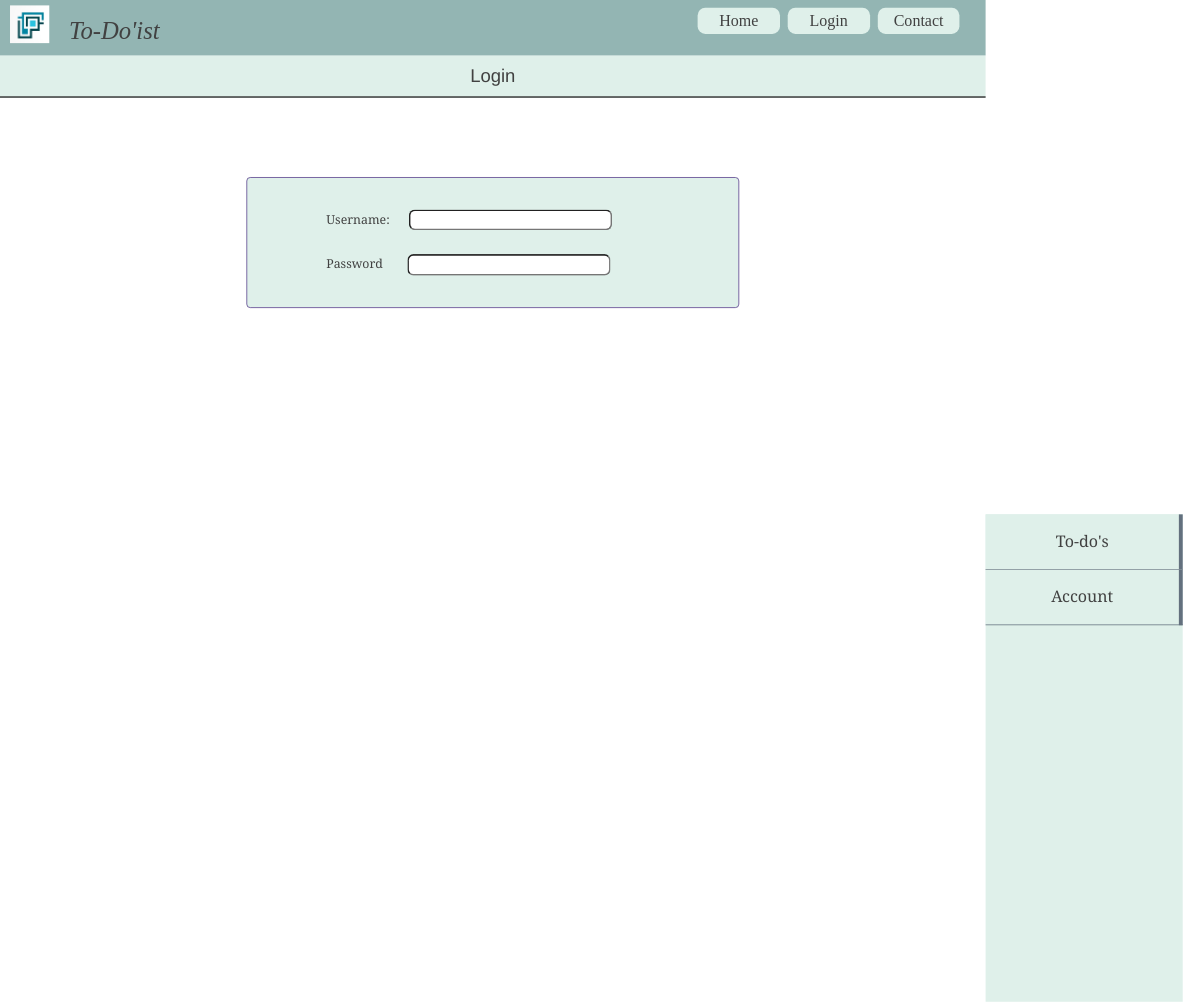
Repository: tavisca-pkadam/Todo-Website
Page: login_grid.html
These files come from the project's save history. The page is drawn as it stood at one moment and after a run of saves; the edit follows.
The browser window is 1280 px wide. The page is 1536 px wide, then 1370 px, so the pictures cover 1536 px, including what lies to the right of the window. The pictures show the whole page, at 77% of full size.

Above is the page before, as saved 2019-08-22 12:27:58.

### login_grid.html
<!DOCTYPE html>
<html>
  <head>
    <meta charset="utf-8" />
    <meta http-equiv="X-UA-Compatible" content="IE=edge" />
    <title>Page Title</title>
    <meta name="viewport" content="width=device-width, initial-scale=1" />
    <link rel="stylesheet" type="text/css" media="screen" href="main2.css" />

    <link rel="import" href="components/header.html" />

    <!-- <script src='main.js'></script> -->
  </head>
  <body>
    <div class="grid-container">
      <div class="grid_header">
        <div id="head" class="header">
          <img id="company_logo" src="src/logo.jpg" width="5%" />
          <p id="todo_header"><i>To-Do'ist</i></p>

          <div class="links">
            <div>
              <a href="/home_grid.html">
                <div class="link_btn">Home</div>
              </a>
              <a href="/login_grid.html">
                <div class="link_btn">Login</div>
              </a>

              <a href="/contact.html">
                <div class="link_btn">Contact</div>
              </a>
            </div>
          </div>
        </div>
      </div>
      <div class="grid_side_nav">
        <div class="side_nav">
          <a href="/home_grid.html">
            <div id="side_todo" class="side_btn">
              To-do's
            </div>
          </a>
          <a href="/account.html">
            <div id="side_user" class="side_btn">
              Account
            </div>
          </a>
          <!-- <a href="/login_grid.html">
            <div id="side_login" class="side_btn">
              Login
            </div>
          </a> -->
        </div>
      </div>
      <div class="grid_main_content">
        <div class="account_content">
          <div class="account_head">
            Login
          </div>
          <div class="login">
            <center>
              <div id="login_user_input">
                Username:<input type="text" style="margin-left:5%;" />
              </div>
              <div id="login_password_input">
                Password<input type="password" style="margin-left:6.5%;" />
              </div>
            </center>
          </div>
        </div>
      </div>
      <div class="grid_footer"></div>
    </div>
  </body>
</html>

### main2.css
.header {
    background-color:#93b5b3;
    grid-column: 1/5;
    position: relative;
    width: 100vw;
    height: 10vh;
    margin: 0%;
    /* border-bottom: 2px double black; */
    font-family: fantasy;
  }

  input {
    border-radius: 8px;
    width: 20vw;
    height: 3vh;
  }

  body {
      font-family: Cambria, Cochin, Georgia, Times, 'Times New Roman', serif;
      margin: 0%;
      color: #414141;
  }
  a {
    color: #414141;
    text-decoration: none;
  }

  #company_logo {
    position: absolute;
    left: 1%;
    width: 4%;
    margin-top: 1vh;
  }

  #todo_header {
    font-size: 2em;
    position: absolute;
    width: 100%;
    left: 7%;
    padding-bottom: 7%;
    /* text-align: left; */
    top: -10px;
    /* right: 45%; */
  }

  .side_nav {
    margin-top:2%;
    /* position: fixed; */
    width: 100%;
    background-color: #dff0ea;
    height: 88vh;
  }

  .side_btn {
    padding-top: 8%;
    text-align: center;
    width: 98%;
    height:8%;
    position: relative;
    background-color: #dff0ea;
    /* margin-top: 50%; */
    font-size: 1.3rem;
    border-width: 0px 5px 1px 0px;
    border-style: solid;
    border-color: #63707e;
  }


  .side_btn:hover {
    /* left:-5%; */
    background-color: #c8dad3;
    border-color: #63707e;
    border-style: solid;
    transition: linear;
    cursor: pointer;

  }

  .modal_header{
      background-color: #c8dad3;
      height: 15%;
      padding-top: 1%;
      line-height: 1.3rem;
      font-size: 1.2rem;
  }

  .todo_content {
    position: relative;
    /* left: 5%; */
    /* width: 85%; */
    /* background-color: aquamarine; */
    height: 78vh;
  }

  #todo_add_modal{
      border-radius: 10px;
      border-style: solid;
      border-color: #553c8b;
      visibility: hidden;
      position: absolute;
      height: 20vh;
      left: 20vw;
      width: 50%;
      margin-top:8%;
      text-align: center;
      background-color: #f2f6f5;
      z-index: 10;
  }

  #todo_add_modal_input {
      margin: 2% 10%;
      /* background-color: aquamarine; */
      width: 80%;
  }
  #todo_add_modal_add_btn{
      margin: 2% 45%;
      background-color: #ccc1ff;
      cursor: pointer;

  }
  #todo_add_modal_add_btn:hover {
    background-color: #c8dad3;

  }

  #todo_content_head {
    border: 1px;
    position: relative;
    /* background-color: deepskyblue; */
    padding: 5px;
    width: 60%;
    height: 6vh;
    border-radius: 20px;
    left: 20%;
    top: 5%;

    border-width: 1px;
    border-style: solid;
    border-color: #553c8b;
  }

  .search_button {

    text-align: center;
    background-color: #dff0ea;
    border-radius: 5px;
    padding: 0.5%;
    cursor: pointer;

  }

  #todo_content_head_search_input{
      position: absolute;
      left:5%;
      margin-top: 10px;

  }

  #todo_content_head_search_btn{
      position: absolute;
      left:50%;
      margin-top: 10px;
      width: 15%;
      background-color: #dff0ea;
  }

  #todo_content_head_search_btn:hover {
    background-color: #c8dad3;

  }

  #todo_content_search {
    position: absolute;
    /* background-color: darksalmon; */
    padding: 0.5%;
    margin-left: 4%;
    padding-left: 2%;
    padding-right: 4%;
    left: 6vw;
    border-radius: 2px;
    /* border-width: 1px; */
    /* border-style: solid; */
    margin: 3px;

    border-color: #553c8b;
  }
  #todo_content_add {
    position: absolute;
    background-color: #dff0ea;
    left: 70%;
    /* top: 10px; */
    width: 15%;
    margin-top: 10px;
  }

  #todo_content_add:hover{
    background-color: #c8dad3;

  }

  #todo_list {
    /* background-color: mediumslateblue; */
    position: relative;
    width: 80%;
    left: 10%;
    top: 10%;
    height: 55vh;
    border-radius: 15px;
    padding: 3px;
    padding-left: 8px;

    border-width: 1px;
    border-style: solid;
    border-color: #553c8b;

    overflow-y:scroll;
    scroll-behavior: smooth;


  }

  .todo_item {
    margin: 5px;
    margin-top: 15px;
  }

  .todo_edit_btn {
    position: absolute;
    text-align: center;
    padding: 3px 10px;
    width: 7%;
    background-color: #dff0ea;
    margin-left: 75%;
    border-radius: 5px;
    cursor: pointer;
  }


  .todo_edit_btn:hover{
    background-color: #c8dad3;
  }

  .todo_remove_btn {
    text-align: center;
    padding: 3px 10px;
    width: 7%;
    background-color: #dff0ea;
    margin-left: 88%;
    border-radius: 5px;
    cursor: pointer;

  }

  .todo_remove_btn:hover{
    background-color: #c8dad3;
  }

  .todo_detail {
    width: 70%;

    position: absolute;
    padding: 2px;
    padding-left: 1%;

    border-bottom: 6px solid;
    border-left: 6px solid;
    border-width: 1px;
    border-color: #553c8b;
  }

  .links {
    position: relative;
    width: 30%;
    float: right;
    /* font-family: 'Lucida Sans', 'Lucida Sans Regular', 'Lucida Grande', 'Lucida Sans Unicode', Geneva, Verdana, sans-serif */
    font-size: 1.3rem;
  }

  .link_btn {
    float: left;
    padding: 5px 15px;
    background-color: #dff0ea;
    width: 20%;
    border-radius: 10px;
    margin-left:10px;
    margin-top:10px;
    text-align: center;
  }

  .link_btn:hover {
    background-color: #c8dad3;

  }


  #link_btn_home {
    margin-left: 0%;
  }

  #link_btn_a {
    margin-left: 30%;
  }

  #link_btn_b {
    margin-left: 60%;
  }

  /* Login */

  .login {
    padding: 10px;
    margin: 25%;
    margin-top: 8%;
    border-radius: 5px;
    border-color: #553c8b;
    border-width: 1px;
    border-style: solid;
    background-color: #dff0ea;
  }

  #login_user_input {
    margin: 5%;
    text-align: left;
    padding-left:10%;
  }

  #login_password_input {
    margin: 5%;
    text-align: left;
    padding-left:10%;

  }

  .grid-container {
    grid-template-areas:
      "header header header header header"
      "main_content main_content main_content main_content main_content"
      "main_content main_content main_content main_content main_content"
      "main_content main_content main_content main_content main_content"
      "main_content main_content main_content main_content main_content"
      "footer footer footer footer footer";
    display: grid;
    /* background-color: #2196F3; */
  }

  .grid_header {
    height: 9vh;
    grid-area: header;
    /* background-color: aquamarine; */
  }

  .grid_side_nav {
    height: 89vh;
    width: 20vw;
    grid-area: side_nav;
    /* background-color: red; */
  }

  .grid_main_content {
    height: 79vh;
    width: 100vw;
    grid-area: main_content;
    /* background-color: blueviolet; */
  }

  .grid_footer {
    height: 4vh;
    width: 80vw;
    grid-area: footer;
  }


  /* AccountDetails */

  .account_content{
      /* background-color: burlywood; */
      margin-top: 7px;
  }

  .account_head{
      /* background-color: coral; */
      text-align: center;
      font-family: 'Franklin Gothic Medium', 'Arial Narrow', Arial, sans-serif;
      font-size: 1.5rem;
      padding: 1%;
      background-color: #dff0ea;
      border-style: solid;
      border-width: 0px 0px 2px 0px;
      border-color:  #414141;
    }

  .account_details_header{
      font-family: 'Franklin Gothic Medium', 'Arial Narrow', Arial, sans-serif;
      font-size: 1.2rem;
      padding-left:2%;
      margin-top:2%;
  }

  .account_details{
      font-family: 'Courier New', Courier, monospace;
      line-height: 1.2rem;
      /* background-color: greenyellow; */
      padding-left: 10%;
  }

  .detail_name{
    width: 50%;
    position: relative;
    float: left;
  }

  .detail_input{
    width: 10%;
    position: static;
  }

  #save_button {
    width:5%;
    top:20vh;
    background-color: #dff0ea;
    border-radius: 5px;
    text-align: center;
    padding: 0.5% 2%;
    position: fixed;
    right:5%;
  }

  #save_button:hover {
    background-color: #c8dad3;
  }

  .home{
      padding:20px;
      font-size: 1.2rem;
  }

  .card{
      padding:6%;
      margin-top:1vh;
      /* background-color: #c8dad3; */
      width: 20vw;
      float:left;
  }

  .card_head{
      padding: 8%;
      background-color: #93b5b3
  }

  .card_content{
      padding:  8%;
      background-color: #dff0ea;
  }

After the next 5 saves:
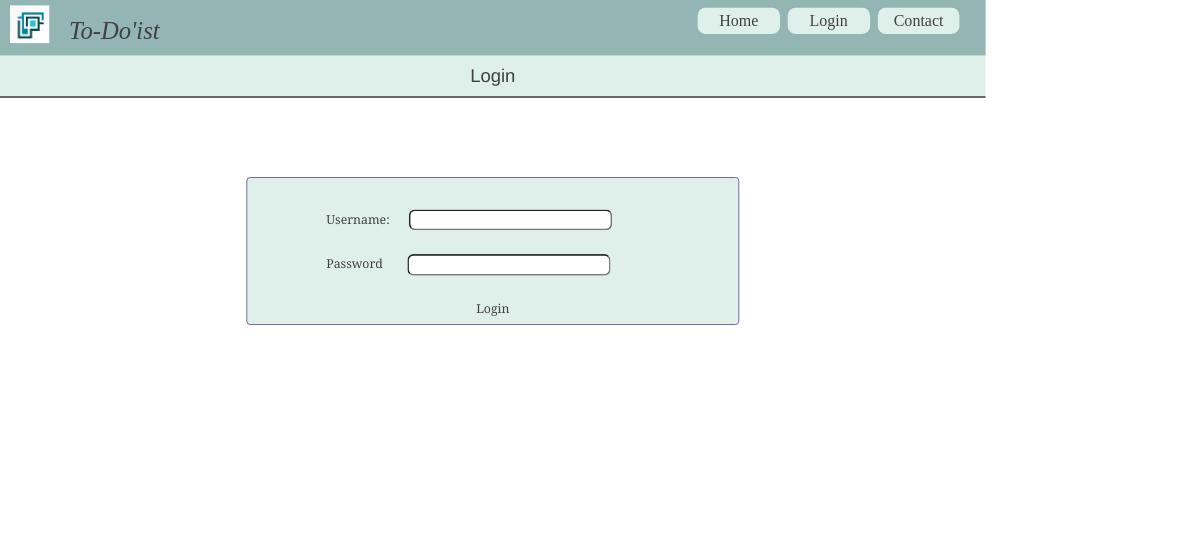
The 5 saves are shown as one change because they came seconds apart.
The last was saved 39 s later.
--- a/login_grid.html
+++ b/login_grid.html
@@ -34,25 +34,7 @@
           </div>
         </div>
       </div>
-      <div class="grid_side_nav">
-        <div class="side_nav">
-          <a href="/home_grid.html">
-            <div id="side_todo" class="side_btn">
-              To-do's
-            </div>
-          </a>
-          <a href="/account.html">
-            <div id="side_user" class="side_btn">
-              Account
-            </div>
-          </a>
-          <!-- <a href="/login_grid.html">
-            <div id="side_login" class="side_btn">
-              Login
-            </div>
-          </a> -->
-        </div>
-      </div>
+
       <div class="grid_main_content">
         <div class="account_content">
           <div class="account_head">
@@ -66,6 +48,9 @@
               <div id="login_password_input">
                 Password<input type="password" style="margin-left:6.5%;" />
               </div>
+              <div >
+                Login
+              </div>
             </center>
           </div>
         </div>
